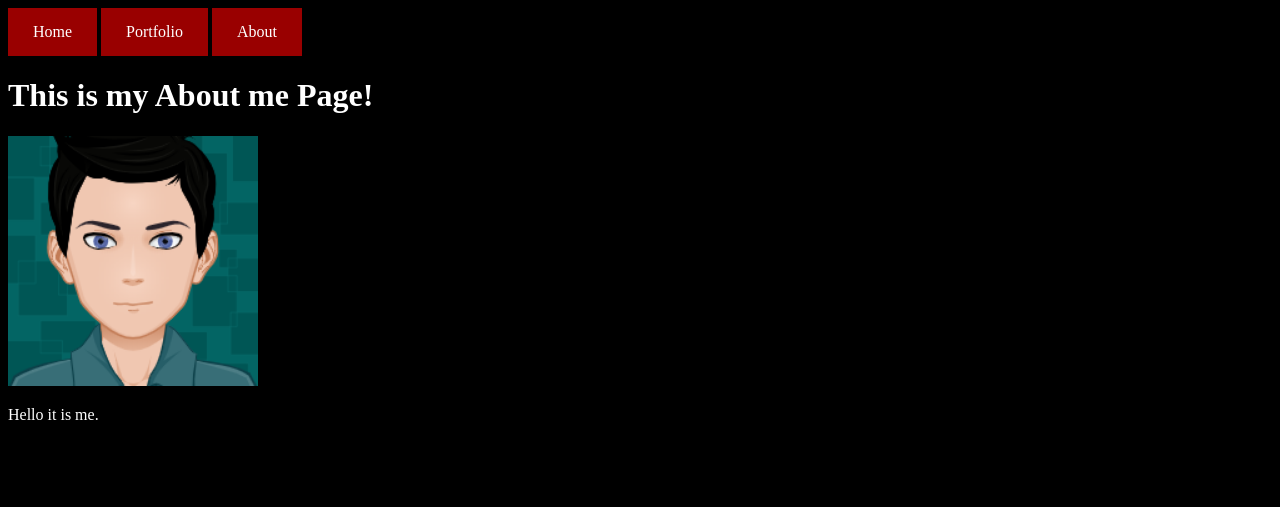
Repository: ralcocer1890/ralcocer1890.github.io
Page: my_website/about.html
The author's editor kept a record of every edit. The page is drawn from the files as they stood at one moment, then again after the next edit.
The browser window is 1280 px wide. The pictures show the whole page.

Above is the page before.

### my_website/about.html
<!doctype html>
	<html lang="en">
	  <head>
	    <meta charset="utf-8">
	    <title>About me</title>
	  </head>
	  <body>
    <a href="index.html">Home</a>
    <a href="portfolio.html">Portfolio</a>
<a href="about.html">About</a>
    <h1>This is my About me Page!</h1>
    <img src="images/myAvatar.png" height="250">
    <p>Hello it is me.</p>
    <style>
    h1 {color:white;}
    p {color:white;
</style>
<body style="background-color:Black;">

     <style>
a:link, a:visited {
  background-color: #990000;
  color: white;
  padding: 15px 25px;
  text-align: center;
  text-decoration: none;
  display: inline-block;
}

a:hover, a:active {
  background-color: black;
}
</style>
</head>
<body>


  </body>
	</html>

After the next edit:
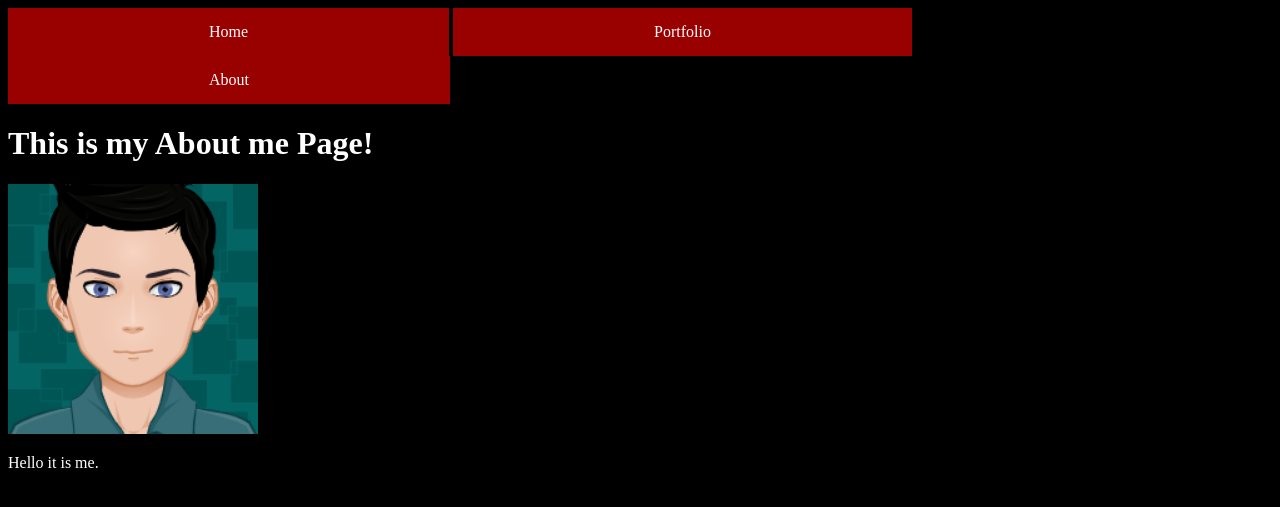
The edit:
--- a/my_website/about.html
+++ b/my_website/about.html
@@ -21,7 +21,7 @@
 a:link, a:visited {
   background-color: #990000;
   color: white;
-  padding: 15px 25px;
+  padding: 15px 201px;
   text-align: center;
   text-decoration: none;
   display: inline-block;
